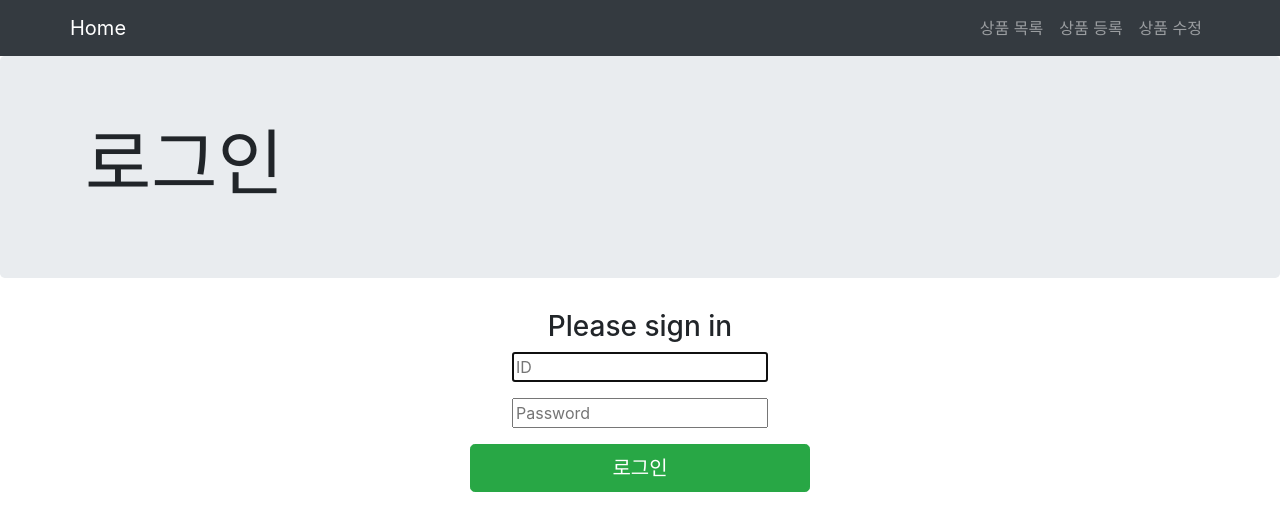
Repository: lhj257/jspwrokspace
Page: http://localhost/WebMarket/editProduct.jsp
These files come from the project's save history. The page is drawn as it stood at one moment and after the next save; the edit follows.
The browser window is 1280 px wide. The pictures show the whole page.
The page is served by Tomcat 9.

Above is the page before, as saved 2023-09-01 02:21:53.

After the next save:
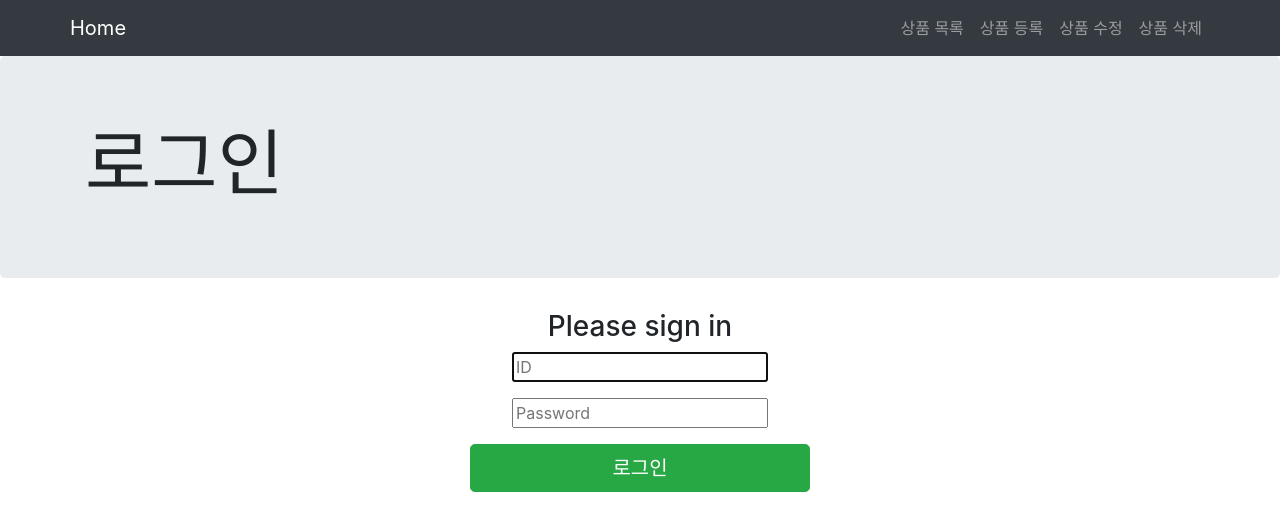
Saved 54 s later.
--- a/WebMarket/src/main/webapp/menu.jsp
+++ b/WebMarket/src/main/webapp/menu.jsp
@@ -10,6 +10,7 @@
 				<li class="nav-item"><a class="nav-link" href="./products.jsp">상품 목록</a></li>
 				<li class="nav-item"><a class="nav-link" href="./addProduct.jsp">상품 등록</a></li>
 				<li class="nav-item"><a class="nav-link" href="./editProduct.jsp">상품 수정</a></li>
+				<li class="nav-item"><a class="nav-link" href="./editProduct.jsp">상품 삭제</a></li>
 			</ul>
 		</div>
 
